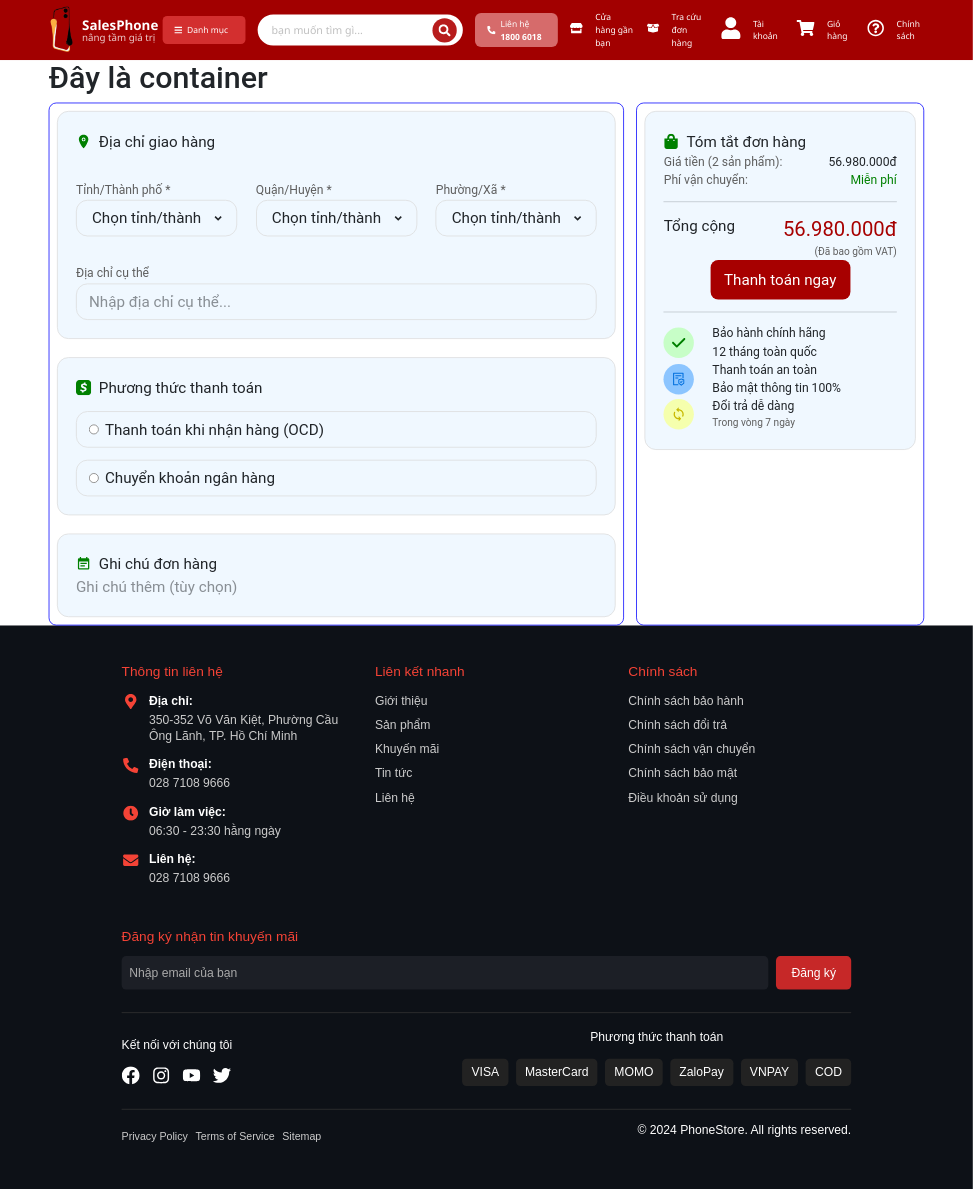
Repository: nguyenhuuluanTTB/cn-da22ttb-nguyenhuuluan-website_salesphone-nextjs_nodejs
Page: /order (app in Project_SalesPhone/client/salesphone/)
The author's editor kept a copy of each file at every save. The page is drawn from the files as they stood at one save, then again after the next save.
The browser window is 1280 px wide. The pictures show the whole page, at 76% of full size.
The project was rebuilt for these pictures with package versions that can differ from the ones it lists, and the page was loaded fresh each time. The framework's server and built-in components were replaced by stand-ins that run in the browser. Also part of the build but not shown: Project_SalesPhone/client/salesphone/next.config.ts.

Above is the page before, as saved 2025-12-02 02:59:55.

### Project_SalesPhone/client/salesphone/app/layout.tsx

import "./globals.css";
import Header from "./components/Header/Header";
import Footer from "./components/Footer/Footer";


import 'bootstrap/dist/css/bootstrap.min.css';


export const metadata = {
  title: "SalesPhone",
  description: "Website bán điện thoại",
};

export default function RootLayout({
  children,
}: {
  children: React.ReactNode;
}) {
  return (
    <html lang="vi">
      <body>
        {/* Thêm Header ở đây */}
        <Header />

        {/* Nội dung trang */}
        {children}
        <Footer />
      </body>
    </html>
  );
}

### Project_SalesPhone/client/salesphone/app/order/page.tsx
"use client"

import styles from './order.module.scss';
import { IoLocation } from "react-icons/io5";
import { SiCashapp } from "react-icons/si";
import { MdEventNote,MdLoop  } from "react-icons/md";
import { FaShoppingBag } from "react-icons/fa";
import { FaCheck } from "react-icons/fa6";
import { AiOutlineFileProtect } from "react-icons/ai";

export default function Order () {

    return(
        <section className={styles.order}> {/*order */}

            <div className={styles.container}> {/*container */}

                <h1>Đây là container</h1>
                <div className={styles.gridContainer}>

                    <div className={`${styles.item} ${styles.item1}`}>

                        <div className={styles.thongtindiachi}>

                            <div className={styles.title_location}><IoLocation style={{color:'green', fontWeight: 'bold'}}/><span>Địa chỉ giao hàng</span></div>
                            <div className={styles.diachigiaohang}> {/*Địa chỉ giao hàng */}
                                <div>
                                    <span style={{fontSize: '12pt', color: 'rgb(94, 94, 94)'}}>Tỉnh/Thành phố *</span>
                                    <div className={styles.tinh}>
                                        <select>

                                            <option>Chọn tỉnh/thành</option>
                                            <option>TP.Hồ Chính Minh</option>
                                            <option>Hà Nội</option>
                                            <option>Hải Phòng</option>
                                            <option>Đà Nẵng</option>
                                            <option>Cần Thơ</option>

                                        </select>
                                    </div>
                                </div>
                                <div>
                                    <span style={{fontSize: '12pt', color: 'rgb(94, 94, 94)'}}>Quận/Huyện *</span>
                                    <div className={styles.quan}>
                                        <select>

                                            <option>Chọn tỉnh/thành</option>
                                            <option>TP.Hồ Chính Minh</option>
                                            <option>Hà Nội</option>
                                            <option>Hải Phòng</option>
                                            <option>Đà Nẵng</option>
                                            <option>Cần Thơ</option>

                                        </select>
                                    </div>
                                </div>
                                <div>
                                    <span style={{fontSize: '12pt', color: 'rgb(94, 94, 94)'}}>Phường/Xã *</span>
                                    <div className={styles.phuong}>
                                        <select>

                                            <option>Chọn tỉnh/thành</option>
                                            <option>TP.Hồ Chính Minh</option>
                                            <option>Hà Nội</option>
                                            <option>Hải Phòng</option>
                                            <option>Đà Nẵng</option>
                                            <option>Cần Thơ</option>

                                        </select>
                                    </div>
                                </div>
                            </div>

                            <span style={{fontSize: '12pt', color: 'rgb(94, 94, 94)'}}>Địa chỉ cụ thể</span>
                            <input className={styles.diachicuthe} placeholder='Nhập địa chỉ cụ thể...' type='text'/>

                        </div>


                        {/*Phương thức thanh toán */}
                        <div className={styles.thongtindiachi}>
                                <div className={styles.title_location}><SiCashapp style={{color:'green', fontWeight: 'bold'}}/><span>Phương thức thanh toán</span></div>
                            <div className={styles.luachonthanhtoan}>

                                <div className={styles.typecash}>
                                    <input type="radio" name="cash"/><span>Thanh toán khi nhận hàng (OCD)</span>
                                </div>

                                <div className={styles.typecash}>
                                    <input type="radio" name="cash" /><span>Chuyển khoản ngân hàng</span>
                                </div>
                            </div>

                        </div>

                        {/*Ghi chú */}
                        <div className={styles.thongtindiachi}>
                            <div className={styles.title_location}><MdEventNote style={{color:'green', fontWeight: 'bold'}}/><span>Ghi chú đơn hàng</span></div>
                            <input style={{width: '100%', border: 'none'}} type="text" placeholder='Ghi chú thêm (tùy chọn)' />
                        </div>


                    </div>

                    <div className={styles.item}>
                        <div className={styles.donhang}>

                            <div className={styles.title_location}><FaShoppingBag style={{color:'green', fontWeight: 'bold'}}/><span>Tóm tắt đơn hàng</span></div>
                            <div style={{display: 'flex', justifyContent: 'space-between', fontSize: '12pt'}}>
                                <span style={{color: 'rgb(94, 94, 94)'}}>Giá tiền (2 sản phẩm):</span><span>56.980.000đ</span>
                            </div>
                            <div style={{display: 'flex', justifyContent: 'space-between', fontSize: '12pt'}}>
                                <span style={{color: 'rgb(94, 94, 94)'}}>Phí vận chuyển:</span><span style={{color: 'green'}}>Miễn phí</span>
                            </div>
                            <hr/>
                            <div className={styles.tien}>
                                <span>Tổng cộng</span>
                                <div style={{display: 'flex', flexDirection: 'column', alignItems: 'end'}}>
                                    <span style={{fontSize: '20pt', color:'#A70000'}}>56.980.000đ</span>
                                    <span style={{display: 'flex', justifyContent: 'space-between', fontSize: '10pt',color: 'rgb(94, 94, 94)'}}>(Đã bao gồm VAT)</span>
                                </div>
                            </div>

                            <button>Thanh toán ngay</button>
                            <hr/>

                            <div className={styles.baohanh}>
                                <div className={styles.baohanh_icon}>
                                    <FaCheck />
                                </div>
                                <div className={styles.baohanh_content}>
                                    <span>Bảo hành chính hãng</span>
                                    <span>12 tháng toàn quốc</span>
                                </div>
                            </div>
                            <div className={styles.ttat}>
                                <div className={styles.ttat_icon}>
                                    <AiOutlineFileProtect />
                                </div>
                                <div className={styles.baohanh_content}>
                                    <span>Thanh toán an toàn</span>
                                    <span>Bảo mật thông tin 100%</span>
                                </div>
                            </div>
                            <div className={styles.doitra}>
                                <div className={styles.doitra_icon}>
                                    <MdLoop  />
                                </div>
                                <div className={styles.baohanh_content}>
                                    <span>Đổi trả dễ dàng</span>
                                    <span style={{fontSize: '10pt', color: 'rgb(94, 94, 94)'}}>Trong vòng 7 ngày</span>
                                </div>
                            </div>
                        </div>
                    </div>

                </div>


            </div>

        </section>
    )
}

### Project_SalesPhone/client/salesphone/app/components/Header/Header.tsx
import Link from "next/link";
import Image from "next/image";
import { FaBars, FaPhoneAlt, FaStore, FaBoxOpen, FaUser, FaShoppingCart, FaSearch, FaRegQuestionCircle } from "react-icons/fa";
import styles from "./Header.module.scss";
import logo from "./asset/logo.png";

export default function Header () {
    return(
        <header className={styles.header}>

        <div className={styles.container}>
        {/* Logo */}
        <div className={styles.logo_category}>

            {/* Danh mục */}
            <button className={styles.categoryBtn}>
                <FaBars />
                <span>Danh mục</span>
            </button>

             <div className={styles.logo}>
                <Image src={logo} alt="SalesPhone Logo" width={40} height={40} />
                <div className={styles.logoText}>
                    <span className={styles.brand}>SalesPhone</span>
                    <span className={styles.slogan}>nâng tầm giá trị</span>
                </div>


            </div>

             <Link href="#" className={`${styles.navItem} ${styles.giohang}`}>
                  <FaShoppingCart />
            </Link>

        </div>




        {/* Ô tìm kiếm */}
        <div className={styles.searchBox}>
          <input type="text" placeholder="bạn muốn tìm gì..." />
          <button className={styles.searchBtn}>
            <FaSearch />
          </button>
        </div>

        {/* Liên hệ */}
        <div className={styles.contact}>
          <FaPhoneAlt />
          <div>
            <span>Liên hệ</span> <br/>
            <strong>1800 6018</strong>
          </div>
        </div>



        {/* Các icon chức năng */}
        <nav className={styles.nav}>
          <Link href="#" className={`${styles.navItem} ${styles.cuahangganban}`}>
            <FaStore />
            <span>Cửa hàng gần bạn</span>
          </Link>
          <Link href="#" className={`${styles.navItem} ${styles.tracuudonhang}`}>
            <FaBoxOpen />
            <span>Tra cứu đơn hàng</span>
          </Link>
          <Link href="#" className={`${styles.navItem} ${styles.taikhoan}`}>
            <FaUser />
            <span>Tài khoản</span>
          </Link>
          <Link href="#" className={`${styles.navItem} `}>
            <FaShoppingCart />
            <span>Giỏ hàng</span>
          </Link>
          <Link href="#" className={`${styles.navItem} ${styles.chinhsach}`}>
            <FaRegQuestionCircle />
            <span>Chính sách</span>
          </Link>
        </nav>
      </div>



        </header>



    );
}

### Project_SalesPhone/client/salesphone/app/components/Footer/Footer.tsx
import React from "react";
import styles from "./Footer.module.scss";


import {
  FaFacebook ,
  FaInstagram,
  FaYoutube,
  FaTwitter,
  FaMapMarkerAlt,
  FaPhoneAlt,
  FaClock,
  FaEnvelope,
} from "react-icons/fa";

export default function Footer() {
  return (
    <footer className={styles.footer}>
      <div className={styles.container}>
        {/* --- Thông tin liên hệ --- */}
        <div className={styles.column}>
          <h3 className={styles.title}>Thông tin liên hệ</h3>

          <div className={styles.infoItem}>
            <FaMapMarkerAlt className={styles.icon} />
            <div>
              <strong>Địa chỉ:</strong>
              <p>350-352 Võ Văn Kiệt, Phường Cầu Ông Lãnh, TP. Hồ Chí Minh</p>
            </div>
          </div>

          <div className={styles.infoItem}>
            <FaPhoneAlt className={styles.icon} />
            <div>
              <strong>Điện thoại:</strong>
              <p>028 7108 9666</p>
            </div>
          </div>

          <div className={styles.infoItem}>
            <FaClock className={styles.icon} />
            <div>
              <strong>Giờ làm việc:</strong>
              <p>06:30 - 23:30 hằng ngày</p>
            </div>
          </div>

          <div className={styles.infoItem}>
            <FaEnvelope className={styles.icon} />
            <div>
              <strong>Liên hệ:</strong>
              <p>028 7108 9666</p>
            </div>
          </div>
        </div>

        {/* --- Liên kết nhanh --- */}
        <div className={styles.column}>
          <h3 className={styles.title}>Liên kết nhanh</h3>
          <ul>
            <li>Giới thiệu</li>
            <li>Sản phẩm</li>
            <li>Khuyến mãi</li>
            <li>Tin tức</li>
            <li>Liên hệ</li>
          </ul>
        </div>

        {/* --- Chính sách --- */}
        <div className={styles.column}>
          <h3 className={styles.title}>Chính sách</h3>
          <ul>
            <li>Chính sách bảo hành</li>
            <li>Chính sách đổi trả</li>
            <li>Chính sách vận chuyển</li>
            <li>Chính sách bảo mật</li>
            <li>Điều khoản sử dụng</li>
          </ul>
        </div>

        {/* --- Đăng ký nhận tin --- */}
        <div className={styles.column}>
          <h3 className={styles.title}>Đăng ký nhận tin khuyến mãi</h3>
          <div className={styles.subscribe}>
            <input type="email" placeholder="Nhập email của bạn" />
            <button>Đăng ký</button>
          </div>
        </div>
      </div>

      {/* --- Mạng xã hội --- */}
      <div className={styles.social_payment}>
          <div className={styles.social}>
            <p>Kết nối với chúng tôi</p>
            <div style={{display: 'flex', flexDirection: 'row', gap: '1rem', fontSize: '18pt'}}>
              <FaFacebook  />
              <FaInstagram />
              <FaYoutube />
              <FaTwitter />
            </div>

          </div>

          {/* --- Phương thức thanh toán --- */}
          <div className={styles.payment}>
            <p>Phương thức thanh toán</p>
            <div className={styles.methods}>
              <span>VISA</span>
              <span>MasterCard</span>
              <span>MOMO</span>
              <span>ZaloPay</span>
              <span>VNPAY</span>
              <span>COD</span>
            </div>
          </div>
      </div>


      {/* --- Footer bottom --- */}
      <div className={styles.bottom}>
        <p>© 2024 PhoneStore. All rights reserved.</p>
        <div className={styles.links}>
          <a href="#">Privacy Policy</a>
          <a href="#">Terms of Service</a>
          <a href="#">Sitemap</a>
        </div>
      </div>
    </footer>
  );
}

### Project_SalesPhone/client/salesphone/app/order/order.module.scss
.order{
    font-family: 'Roboto', sans-serif;
    padding: 0 4rem;
}


.gridContainer{
    display: grid;
    grid-template-columns: minimax(450, 2fr) minimax(200px, 1fr);
    gap: 1rem;
    min-width: 320px;
    margin: 0 auto;

    grid-template-areas: "item1 item2";
}

.item:nth-child(1) {grid-area: item1;}
.item:nth-child(2) {grid-area: item2;}

.item{
    font-size: 20px;
    padding: 10px;
    border-radius: 10px;
    min-width: 200px;
    border: 1px solid blue;
}

@media (max-width: 1600px) {
  .gridContainer {
    // grid-template-columns: repeat(2, 1fr);
    grid-template-columns: minmax(450px, 2fr) minmax(200px, 1fr);
    grid-template-areas:
      "item1 item2";
  }
}

@media (max-width: 1200px) {
    .gridContainer{
        grid-template-columns: 1fr;
        grid-template-areas:
            "item1"
            "item2";
    }
}

.item1{
    gap: 1.5rem;
    display: flex;
    flex-direction: column;
}


.diachigiaohang{
    display: flex;
    flex-direction: row;
    justify-content: space-between;
    margin: 2rem 0;
}

.title_location{
    display: flex;
    flex-direction: row;
    align-items: center;
    gap: 10px;
}

.thongtindiachi{
    background-color: aliceblue;
    border: solid 1px gainsboro;
    padding: 1.5rem;
    border-radius: 15px;
}

.tinh, .quan, .phuong{
    border: solid 1px gainsboro;
    padding: 0.5rem 1rem;
    border-radius: 15px;
}

.diachicuthe{
    border: solid 1px gainsboro;
    padding: 0.5rem 1rem;
    border-radius: 15px;
    width: 100%;
}

//Phần lựa chọn thanh toán
.typecash{
    display: flex;
    border-radius: 15px;
    padding: 0.5rem 1rem;
    border: solid 1px gainsboro;
    gap: 0.5rem;
}

.luachonthanhtoan{
    margin-top: 1rem;
    gap: 1rem;
    display: flex;
    flex-direction: column;
}


//đơn hàng
.donhang{
    display: flex;
    flex-direction: column;
    background-color: aliceblue;
    border: solid 1px gainsboro;
    padding: 1.5rem;
    border-radius: 15px;

    button{
        background-color: #A70000;
        width: 60%;
        display: block;
        margin: 0 auto;
        color: #fff;
        padding: 0.7rem 1rem;
        border-radius: 10px;
        transition: all 0.3s;
    }

    button:hover{
        background-color: #fa1a1a;
    }
}

.tien{
    display: flex;
    flex-direction: row;
    justify-content: space-between;
}


.baohanh, .ttat, .doitra{
    display: flex;
    flex-direction: row;
    align-items: center;
    justify-content: start;
    gap: 1.5rem;

    .baohanh_icon{
        color: green;
        background: rgb(199, 254, 199);
        border-radius: 20px;
        padding: 10px;
    }

    .baohanh_content{
        flex-direction: column;
        display: flex;
    }

    span{
        font-size: 12pt;
    }
}

.ttat_icon{
    color: rgb(0, 111, 221);
    background: rgb(140, 197, 255);
    border-radius: 20px;
    padding: 10px;
}

.doitra_icon{
    color: rgb(200, 184, 1);
    background: rgb(245, 255, 173);
    border-radius: 20px;
    padding: 10px;
}

### Project_SalesPhone/client/salesphone/app/components/Footer/Footer.module.scss
.footer {
  background-color: #0d1117;
  color: #fff;
  padding: 50px 10rem;
  font-family: sans-serif;
}

.container {
  display: flex;
  flex-wrap: wrap;
  justify-content: space-between;
  gap: 40px;
  border-bottom: 1px solid #333;
  padding-bottom: 30px;
}

.column {
  flex: 1;
  min-width: 240px;
}

.title {
  color: #f44336;
  font-size: 18px;
  margin-bottom: 15px;
}

/* --- Thông tin liên hệ --- */
.infoItem {
  display: flex;
  align-items: flex-start;
  gap: 12px;
  margin-bottom: 12px;
}

.icon {
  font-size: 20px;
  color: #f44336;
  min-width: 24px;
  margin-top: 3px;
}

.infoItem p {
  margin: 2px 0;
  color: #ccc;
  line-height: 1.4;
}

/* --- Liên kết --- */
.column ul {
  list-style: none;
  padding: 0;
}

.column ul li {
  margin: 8px 0;
  cursor: pointer;
  transition: color 0.2s ease;
  color: #ccc;
}

.column ul li:hover {
  color: #f44336;
}

/* --- Đăng ký --- */
.subscribe {
  display: flex;
  gap: 10px;
  margin-top: 10px;
}

.subscribe input {
  flex: 1;
  padding: 10px;
  border: none;
  border-radius: 6px;
  background: #1c1f26;
  color: #fff;
}

.subscribe input::placeholder {
  color: #aaa;
}

.subscribe button {
  background-color: #c62828;
  color: #fff;
  border: none;
  padding: 10px 20px;
  border-radius: 6px;
  cursor: pointer;
  transition: background 0.3s;
}

.subscribe button:hover {
  background-color: #e53935;
}

.social_payment{
    display: flex;
    flex-direction: row;
    justify-content: space-between;
}

/* --- Mạng xã hội --- */
.social {
  text-align: center;
  margin-top: 30px;
}

.icons {
  display: flex;
  justify-content: center;
  gap: 15px;
  margin-top: 10px;

}

.icons svg {
  background: #222;
  padding: 10px;
  border-radius: 50%;
  font-size: 18px;
  cursor: pointer;
  transition: all 0.3s ease;
}

.icons svg:hover {
  background: #f44336;
  transform: scale(1.1);
}

/* --- Thanh toán --- */
.payment {
  text-align: center;
  margin-top: 20px;
}

.methods {
  display: flex;
  justify-content: center;
  flex-wrap: wrap;
  gap: 10px;
  margin-top: 10px;
}

.methods span {
  background: #222;
  padding: 6px 12px;
  border-radius: 6px;
}

/* --- Dưới cùng --- */
.bottom {
  border-top: 1px solid #333;
  margin-top: 30px;
  padding-top: 15px;
  display: flex;
  flex-direction: row-reverse;
  justify-content: space-between;
  align-items: center;
  gap: 5px;
}

.links {
  display: flex;
  gap: 10px;
}

.links a {
  color: #ccc;
  text-decoration: none;
  font-size: 14px;
  transition: color 0.2s ease;
}

.links a:hover {
  color: #f44336;
}

/* --- Responsive --- */
@media (max-width: 768px) {
  .container {
    flex-direction: column;
  }

  .subscribe {
    flex-direction: column;
  }

  .subscribe input,
  .subscribe button {
    width: 100%;
  }

  .methods {
    flex-wrap: wrap;
  }

  .infoItem {
    align-items: flex-start;
  }
}

Loaded but not shown: Project_SalesPhone/client/salesphone/app/globals.css (common file); Project_SalesPhone/client/salesphone/app/components/Header/Header.module.scss (239 lines, source omitted)

After the next save:
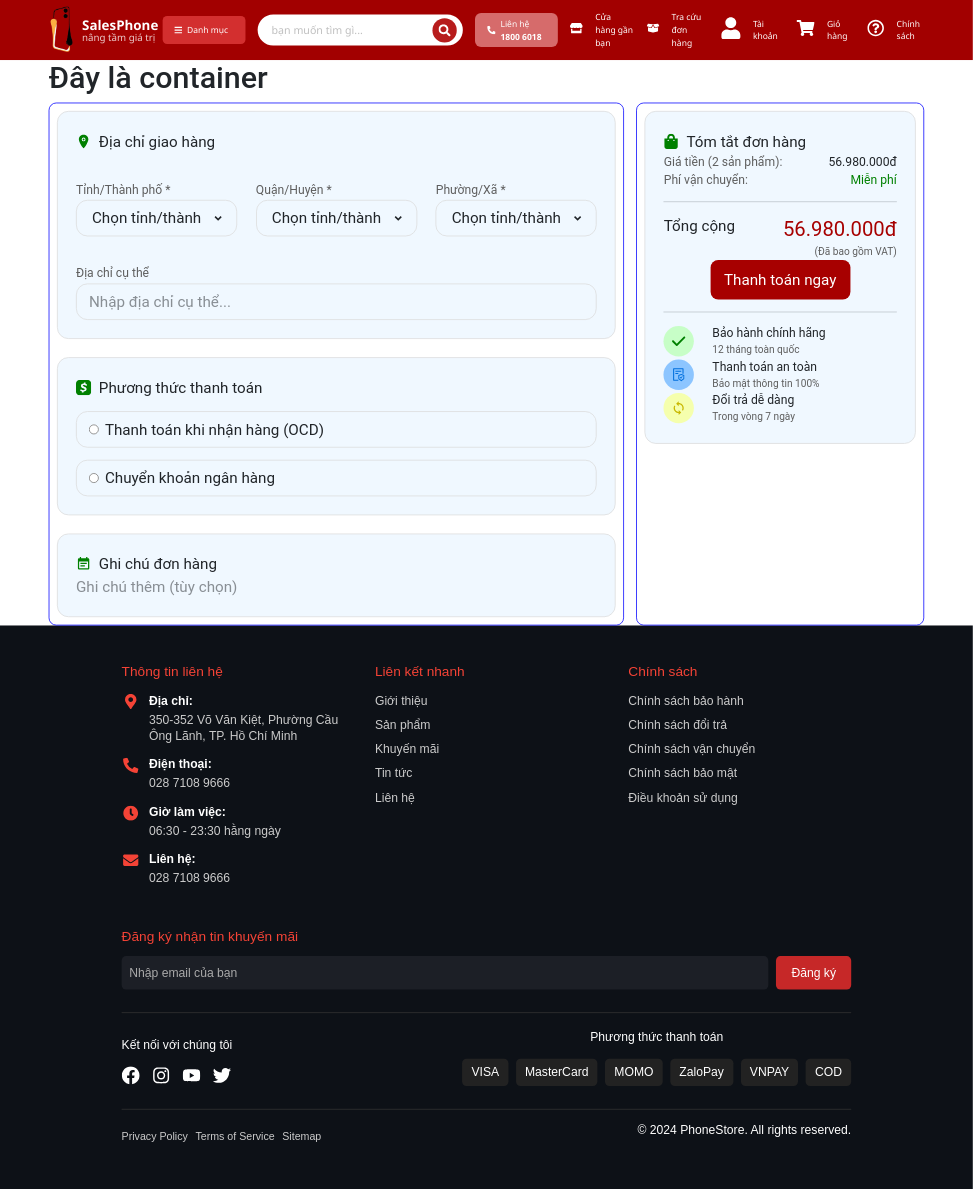
Saved 12 s later.
--- a/Project_SalesPhone/client/salesphone/app/order/page.tsx
+++ b/Project_SalesPhone/client/salesphone/app/order/page.tsx
@@ -130,7 +130,7 @@
                                 </div>
                                 <div className={styles.baohanh_content}>
                                     <span>Bảo hành chính hãng</span>
-                                    <span>12 tháng toàn quốc</span>
+                                    <span style={{fontSize: '10pt', color: 'rgb(94, 94, 94)'}}>12 tháng toàn quốc</span>
                                 </div>
                             </div>
                             <div className={styles.ttat}>
@@ -139,7 +139,7 @@
                                 </div>
                                 <div className={styles.baohanh_content}>
                                     <span>Thanh toán an toàn</span>
-                                    <span>Bảo mật thông tin 100%</span>
+                                    <span style={{fontSize: '10pt', color: 'rgb(94, 94, 94)'}}>Bảo mật thông tin 100%</span>
                                 </div>
                             </div>
                             <div className={styles.doitra}>
